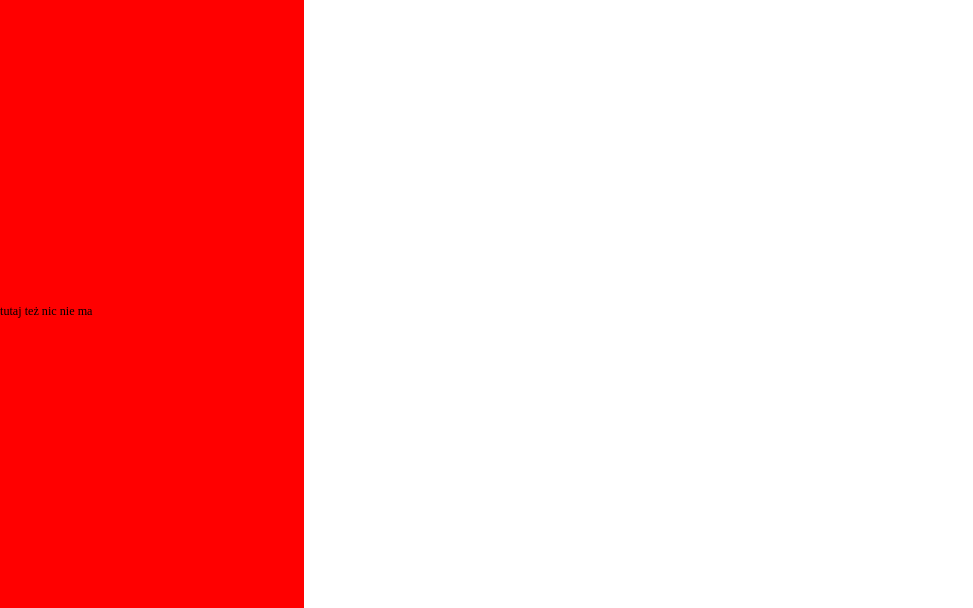
Repository: Ryszard-Penkala/Canvas-p5
Page: index.html
These files come from the project's save history. The page is drawn as it stood at one moment and after the next save; the edit follows.
The browser window is 1280 px wide. The pictures show the whole page, at 76% of full size.
Some web libraries are served in a nearby version.

Above is the page before, as saved 2020-07-06 06:56:50.
Console error: SyntaxError: Unexpected token '}'

### index.html
<!DOCTYPE html>
<html lang="en">
<head>
    <meta charset="UTF-8">
    <meta name="viewport" content="width=device-width, initial-scale=1.0">
    <link rel="stylesheet" href="./assets/styles/style.css">
    <script src="https://cdnjs.cloudflare.com/ajax/libs/p5.js/1.0.0/p5.min.js"></script>
    <title>p5</title>
</head>
<body>
    <div class="canvas" id="canvasik"></div>
    <div class="canvas" >tutaj też nic nie ma</div>


<script src="./assets/js/index.js"></script>
</body>
</html>

### assets/styles/style.css
*,
*::before,
*::after {
  margin: 0;
  padding: 0;
  -webkit-box-sizing: border-box;
          box-sizing: border-box;
}

.canvas {
  width: 400px;
  height: 400px;
  background-color: red;
}
/*# sourceMappingURL=style.css.map */

### assets/js/index.js
console.log('siema');
const canvas = document.getElementById('canvasik');

function setup() {
    let myCanvas = createCanvas(100, 100);
    myCanvas.
  }
resizeCanvas(canvas.offsetHeight, canvas.clientWidth)

function draw() {
    background(220);
  }

After the next save:
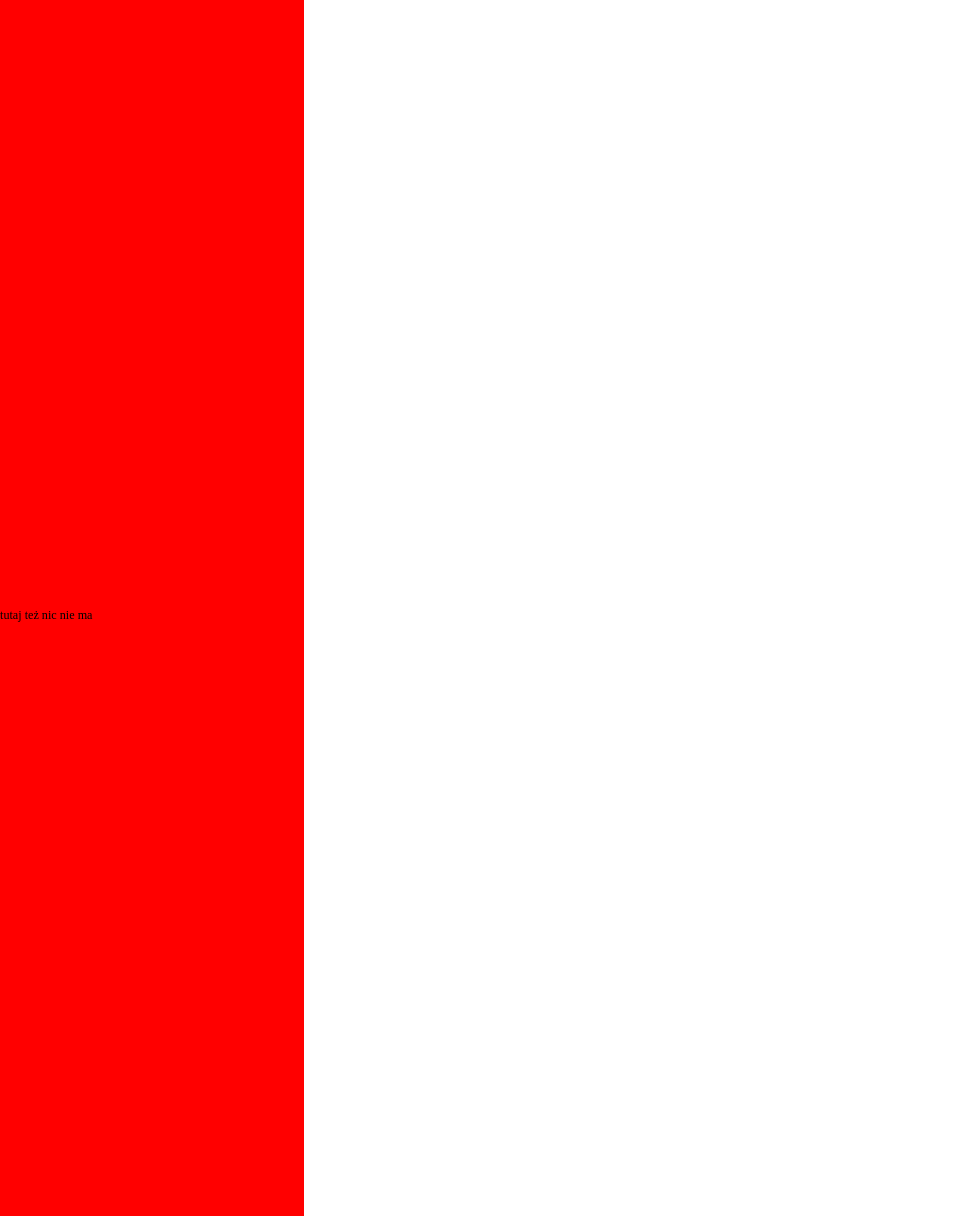
Saved 5 s later.
--- a/assets/styles/style.css
+++ b/assets/styles/style.css
@@ -9,7 +9,7 @@
 
 .canvas {
   width: 400px;
-  height: 400px;
+  height: 800px;
   background-color: red;
 }
 /*# sourceMappingURL=style.css.map */
